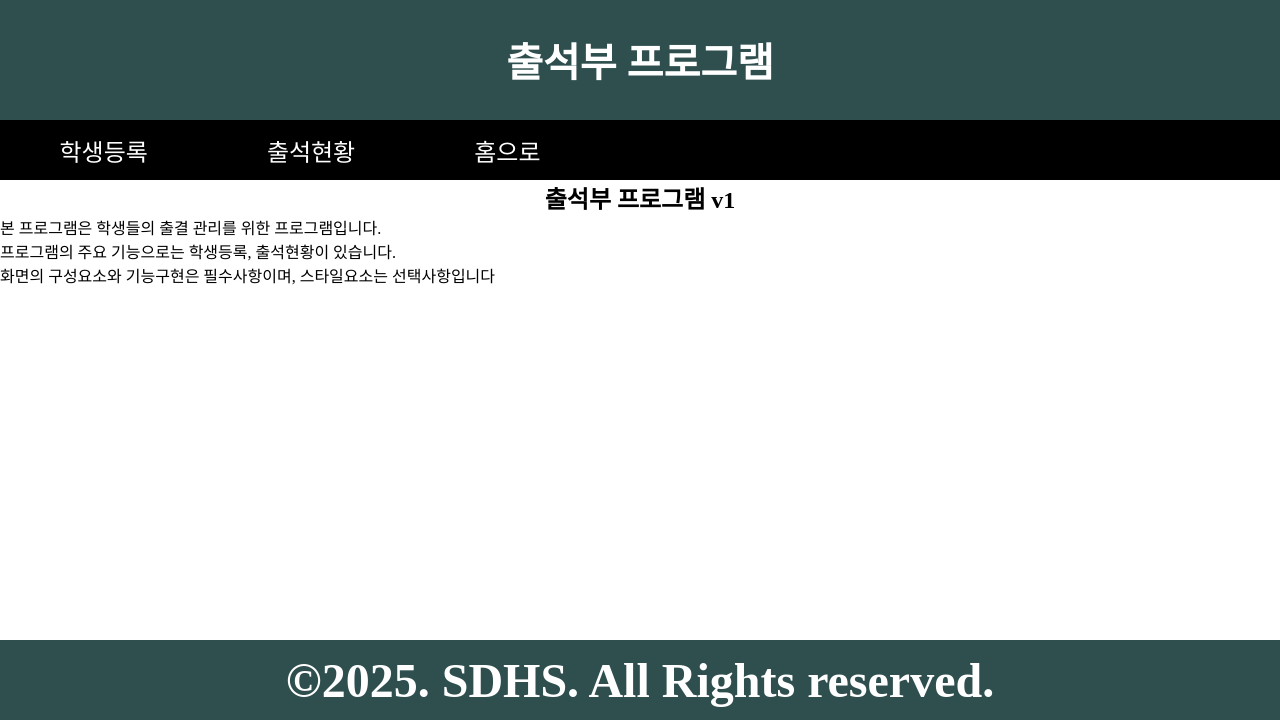
Repository: balhyo-younjisang/DigitechJSP
Page: http://localhost/rollbook/
The author's editor kept a copy of each file at every save. The page is drawn from the files as they stood at one save, then again after the next save.
The browser window is 1280 px wide. The pictures show the whole page.
The page is served by Tomcat 9.

Above is the page before, as saved 2025-03-31 03:52:46.

After the next save:
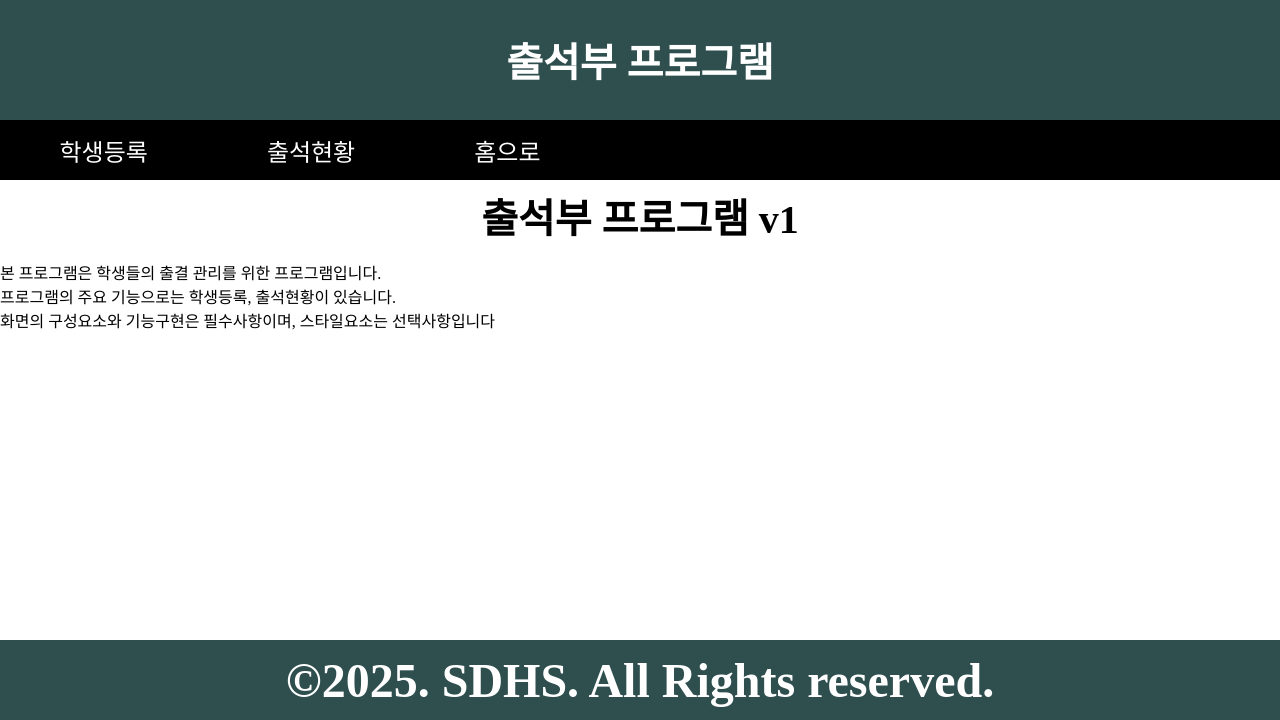
Saved 20 s later.
--- a/rollbook/src/main/webapp/css/style.css
+++ b/rollbook/src/main/webapp/css/style.css
@@ -57,6 +57,8 @@ main {
 
 main h2 {
 	text-align: center;
+	line-height: 80px;
+	font-size: 40px;
 }
 
 footer {
